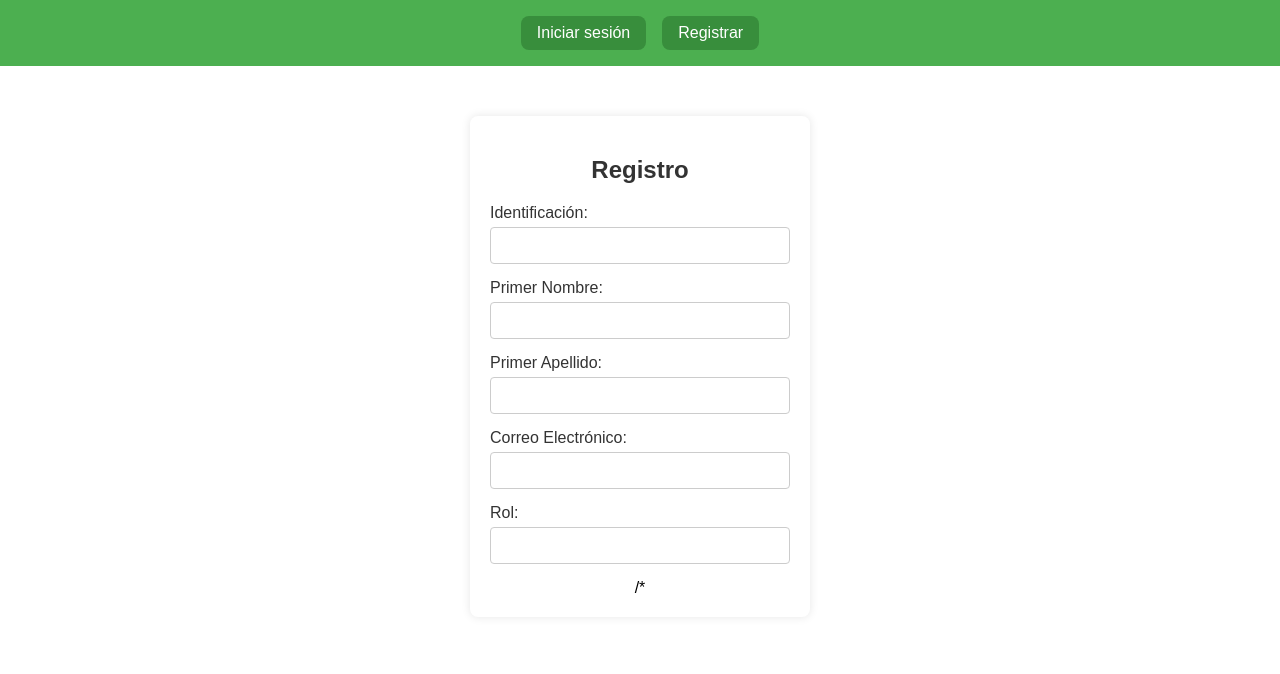
Repository: EzioPuma/guardianesdelecosistema
Page: http://localhost/register
The author's editor kept a record of every edit. The page is drawn from the files as they stood at one moment, then again after the next edit.
The browser window is 1280 px wide. The pictures show the whole page.
The page is served by the project's application, run on Flask 3 (app.py).

Above is the page before.

After the next edit:
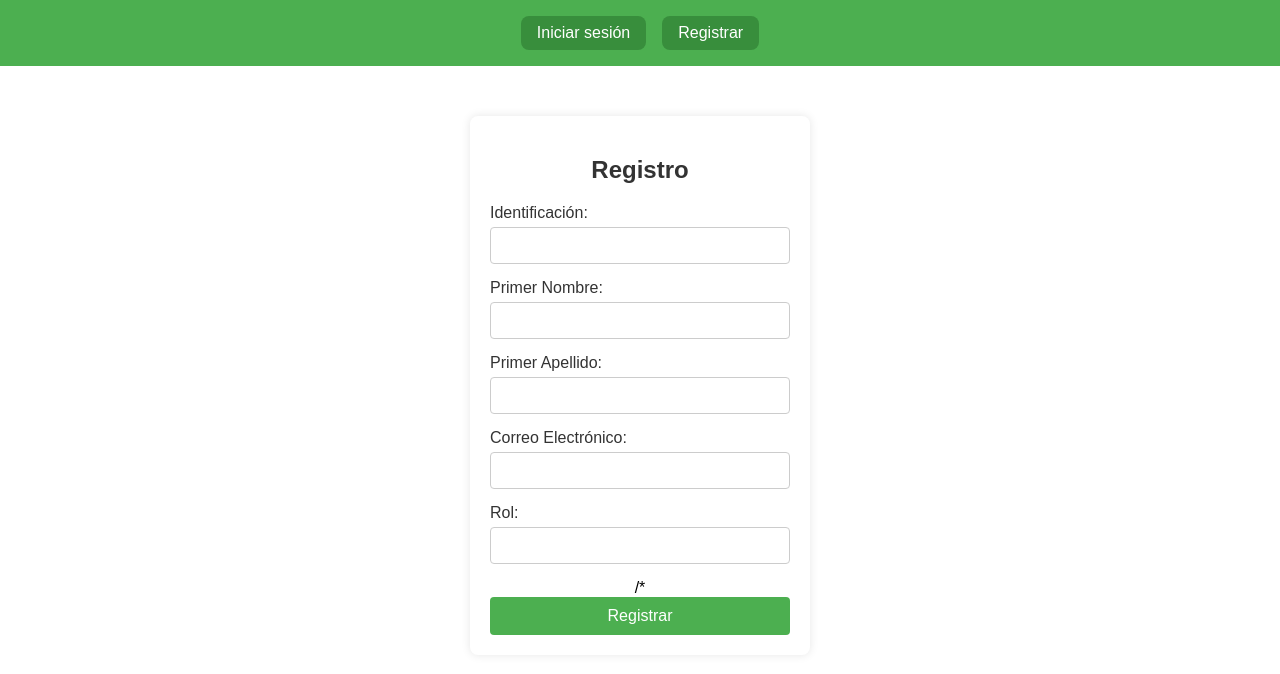
The edit:
--- a/templates/register.html
+++ b/templates/register.html
@@ -52,7 +52,7 @@
            <!-- <div class="input-group">
                 <label for="password">Contraseña:</label>
                 <input type="password" id="password" name="password" required>
-            </div>-- !>
+            </div> -->
             <button type="submit">Registrar</button>
         </form>
     </div>
